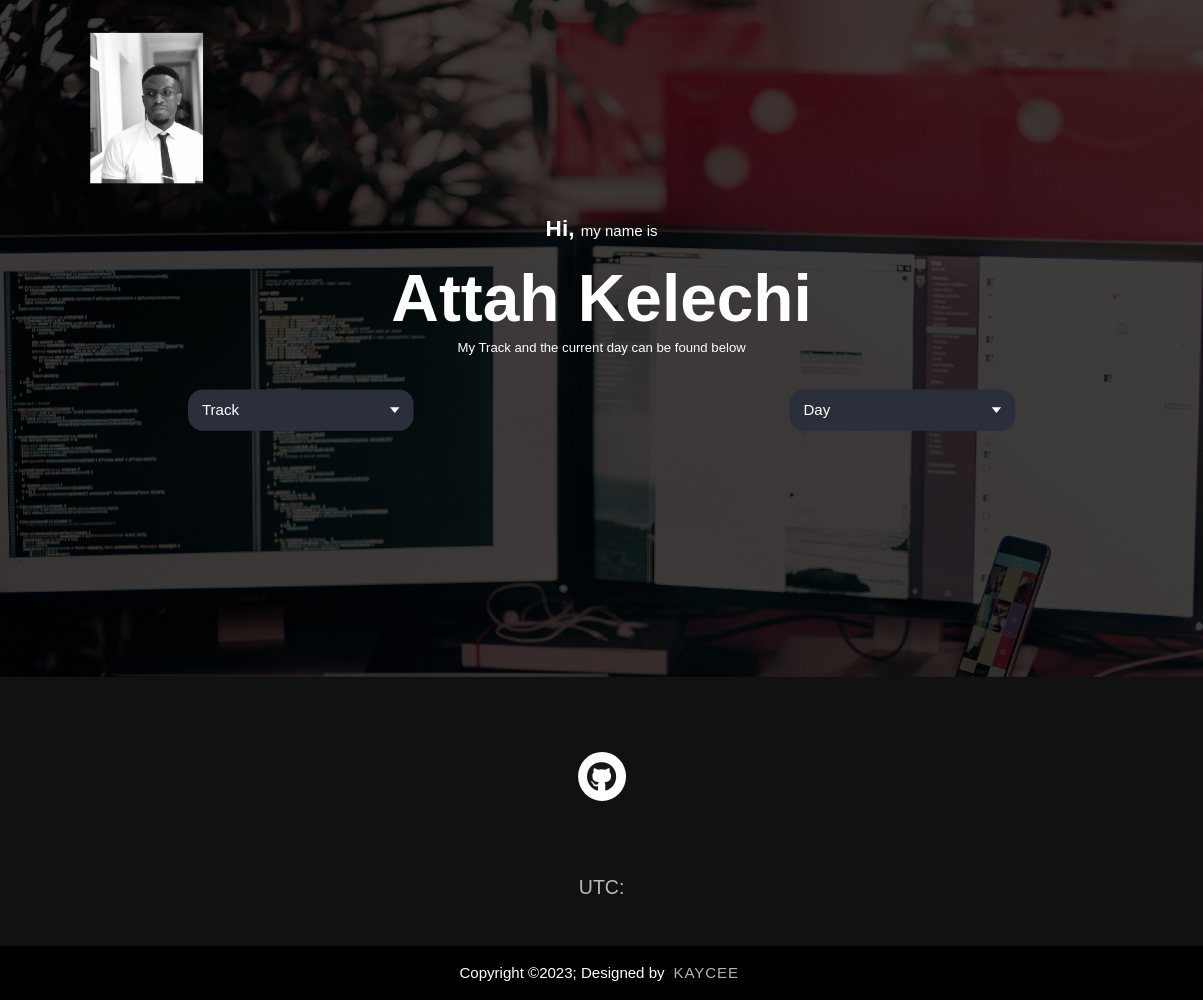
Repository: Kaycee-attah/HNG-Internship_2023
Page: index.html
The author's editor kept a copy of each file at every save. The page is drawn from the files as they stood at one save, then again after the next save.
The browser window is 1280 px wide. The pictures show the whole page, at 94% of full size.

Above is the page before, as saved 2023-09-07 12:05:28.

### index.html
<!DOCTYPE html>
<html lang="en">
<head>
    <meta charset="UTF-8">
    <meta name="viewport" content="width=device-width, initial-scale=1.0">
    <title>How to make a website - Easy tutorial</title>
    <link rel="stylesheet" href="style.css">
    <link rel="stylesheet" href="https://cdnjs.cloudflare.com/ajax/libs/font-awesome/6.4.2/css/all.min.css" integrity="sha512-z3gLpd7yknf1YoNbCzqRKc4qyor8gaKU1qmn+CShxbuBusANI9QpRohGBreCFkKxLhei6S9CQXFEbbKuqLg0DA==" crossorigin="anonymous" referrerpolicy="no-referrer" />
</head>
<body>
    <div class="banner">
        <div class="navbar">
            <img class="logo" src="slack_DP.JPG" alt="Kaycee" data-testid="slackDisplayImage">
            <!-- <ul>
                <li><a href="#">Home</a></li>
                <li><a href="#">Bedroom</a></li>
                <li><a href="#">Dining</a></li>
                <li><a href="#">Kitchen</a></li>
                <li><a href="#">Backyard</a></li>
            </ul> -->
        </div>
    </div>
    <div class="content">
        <h2>Hi, <span class="text"> my name is</span></h2>
        <h1 data-testid="slackUserName">Attah Kelechi</h1>
        <span class="text-sm">My Track and the current day can be found below</span>

        <div class="track_info">
            <div class="dropdown">
                <div class="select">
                    <span class="selected">Track</span>
                    <div class="caret"></div>
                </div>
                <ul class="menu">
                    <li data-testid="myTrack">Frontend </li>

                </ul>

                <!-- <button type="button"><span class="btn"></span> MORE</button>
                <button type="button"><span class="btn"></span>SUBSCRIBE</button> -->
            </div>
            <div class="dropdown">
                <div class="select">
                    <span class="selected">Day</span>
                    <div class="caret"></div>
                </div>
                <ul class="menu">
                    <li data-testid="currentDayOfTheWeek">Framer </li>

                </ul>

                <!-- <button type="button"><span class="btn"></span> MORE</button>
                <button type="button"><span class="btn"></span>SUBSCRIBE</button> -->
            </div>
        </div>


    </div>
    <footer>
        <div class="footer_Container">
            <div class="social-icon">
                <a href=""><i class="fa-brands fa-github"></i></a>
            </div>

        </div>
        <div class="footer_Info">
            <ul>
                <li data-testid="currentUTCTime">UTC: </li>

            </ul>
        </div>
        <div class="footer_Bottom">
            <p>Copyright &copy;2023; Designed by <span class="designer">Kaycee</span></p>
        </div>
    </footer>

    <script src="script.js"></script>
</body>

</html>

### style.css
*{
    margin: 0;
    padding: 0;
    font-family: sans-serif;

}
body{
    background-image: linear-gradient(rgba(0,0,0,0.75), rgba(0,0,0,0.75)), url(IMG_6759.JPG);
    background-size: cover;
    background-position: center;
}

.banner{
    width: 100%;
    height: 100vh;


}
.navbar{
    width: 85%;
    margin: auto;
    padding: 35px 0;
    display: flex;
    align-items: center;
    justify-content: space-between;
}
.logo{
    width: 120px;
    cursor: pointer;
}
.navbar ul li{
    list-style: none;
    display: inline-block;
    margin: 0 20px;
    position: relative;
}
.navbar ul li a{
    text-decoration: none;
    color: #fff;
    text-transform: uppercase;
}
.navbar ul li::after{
    content: "";
    height: 3px;
    width: 0;
    background: #009688;
    position: absolute;
    left: 0;
    bottom: -10px;
    transition: 0.5s;
}
.navbar ul li:hover::after{
    width: 100%;
}
.content{
    width: 100%;
    position: absolute;
    top: 50%;
    transform: translateY(-50%);
    text-align: center;
    color: #fff;
}
.content h1{
    font-size: 70px;
    margin-top: 20px;
}
.content p{
    margin: 20px auto;
    font-weight: 100;
    line-height: 25px;
}
.text{
    margin: 0;
    font-weight: 20;
    font-size: medium;
    line-height: 5px;
}
.text-sm{
    margin: 35px auto;
    font-weight: 10;
    font-size: 14px;
    line-height: 25px;
}
.track_info {
    display: flex;
    justify-content: space-around;
    align-items: center;
}
.dropdown{
    min-width: 15em;
    position: relative;
    margin: 2em;
    /* display: flex;
    justify-content: space-between;
    align-items: center; */

}
.dropdown *{
    box-sizing: border-box;
}

.select{
    background: #2a2f3b;
    color: #fff;
    display: flex;
    justify-content: space-between;
    align-items: center;
    border: 2px #2a2f3b solid;
    border-radius: 1em;
    cursor: pointer;
    transition: background 0.3s;
    padding: 0.7em 0.8em;
}
.select-clicked{
    border: 2px #26489a solid;
    box-shadow: 0 0 0.8em #26489a;
    display: flex;
    justify-content: space-between;


}

.select:hover{
    background: #323741;
}

.caret{
    width: 0;
    height: 0;
    border-left: 5px solid transparent;
    border-right: 5px solid transparent;
    border-top: 6px solid #fff;
    transition: 0.3s;
}

.caret-rotate{
    transform: rotateX(180deg);

}

.selected-rotate{
    transform: rotateX(180deg);

}

.menu{
    list-style: none;
    padding: 0.2em 0.5em;
    background: #323741;
    border: 1px #363a43 solid;
    box-shadow: 0 0.5em 1em rgba(0, 0, 0, 0.2);
    border-radius: 0.5em;
    color: #9fa5b5;
    position: absolute;
    width: 100%;
    top: 4em;
    min-height: auto;
    left: 50%;
    transform: translateX(-50%);
    opacity: 0;
    display: none;
    transition: 0.2s;
    z-index: 1;
}

.menu li{
    padding: 0.7em 0.5em;
    margin: 0.3em 0;
    border-radius: 0.5em;
}

.menu li:hover{
    background: #2a2d35;
}

.menu-open{
    display: block;
    opacity: 1;
}


button{
    width: 200px;
    padding: 15px 0;
    text-align: center;
    margin: 20px 10px;
    border-radius: 25px;
    font-weight: bold;
    border: 2px solid #009688;
    background: transparent;
    color: #fff;
    cursor: pointer;
    position: relative;
    overflow: hidden;
}
.btn{
    background: #009688;
    height: 100%;
    width: 0;
    border-radius: 25px;
    position: absolute;
    left: 0;
    bottom: 0;
    z-index: -1;
    transition: 0.5s;
}
button:hover span{
    width: 100%;
}
footer{
    background-color: #111;
    width: 100%;
}
.footer_Container{
    /* width: 100%; */
    padding: 70px 30px 20px;
}
.social-icon{
    display: flex;
    justify-content: center;
}
.social-icon a{
    text-decoration: none;
    padding: 10px;
    background-color: white;
    margin: 10px;
    border-radius: 50%;
}
.social-icon a i{
    font-size: 2em;
    color: black;
    opacity: 0.9;
}


.social-icon a:hover{
    background-color: #111;
    transition: 0.5s;
}
.social-icon a:hover i{
    background-color: white;
    transition: 0.5s;
}
.footer_Info{
    margin: 30px 0;
}
.footer_Info ul{
    display: flex;
    justify-content: space-around;
}
.footer_Info ul li{
    color: white;
    margin: 20px;
    text-decoration: none;
    list-style: none;
    font-size: 1.3em;
    opacity: 0.7;
    transition: 0.5s;
}

.footer_Bottom {
    background-color: #000;
    padding: 20px;
    text-align: center;
}
.footer_Bottom p{
    color: white;

}
.designer{
    opacity: 0.7;
    text-transform: uppercase;
    letter-spacing: 1px;
    font-weight: 400;
    margin: 0px 5px;
    /* position: fixed; */
}

@media (max-width: 700px){
    .footer_Info ul{
        flex-direction: column;
    }
    .footer_Info ul li{
        width: 100%;
        text-align: center;
        margin: 10px 0;
    }
}

### script.js
const now = new Date();
const day = now.getDay();
const hours = now.getHours();
const minutes = now.getMinutes();
const UTCtimeStamp = now.getTime();
const GMTdate_and_time = now.toUTCString();
const daysOfWeek = [
    "Sunday",
    "Monday",
    "Tuesday",
    "Wednesday",
    "Thursday",
    "Friday",
    "Saturday"
]
const today = daysOfWeek[day];
const UTC = now.getUTCMilliseconds();
console.log("Current day of the week:", today)
console.log("UTC:", UTC)

console.log("UTCtimeStamp:", UTCtimeStamp)
console.log("GMTdate_and_time:", GMTdate_and_time)

const dropdowns = document.querySelectorAll('.dropdown');

dropdowns.forEach(dropdown => {
    const select = dropdown.querySelector('.select');
    const caret = dropdown.querySelector('.caret');
    const menu = dropdown.querySelector('.menu');
    const options = dropdown.querySelector('.menu li');
    const selected = dropdown.querySelector('.selected');


    select.addEventListener('click', () => {
        select.classList.toggle('select-clicked');
        select.classList.toggle('caret-rotate');
        selected.classList.toggle('selected-rotate');
        menu.classList.toggle('menu-open');
    })

    // options.forEach(option => {
    //     option.addEventListener('click', () => {
    //         // select.classList.toggle('select-clicked');
    //         select.classList.remove('select-clicked')
    //         caret.classList.remove('caret-rotate');
    //         menu.classList.remove('menu-open');


    //     })
    // })
})

After the next save:
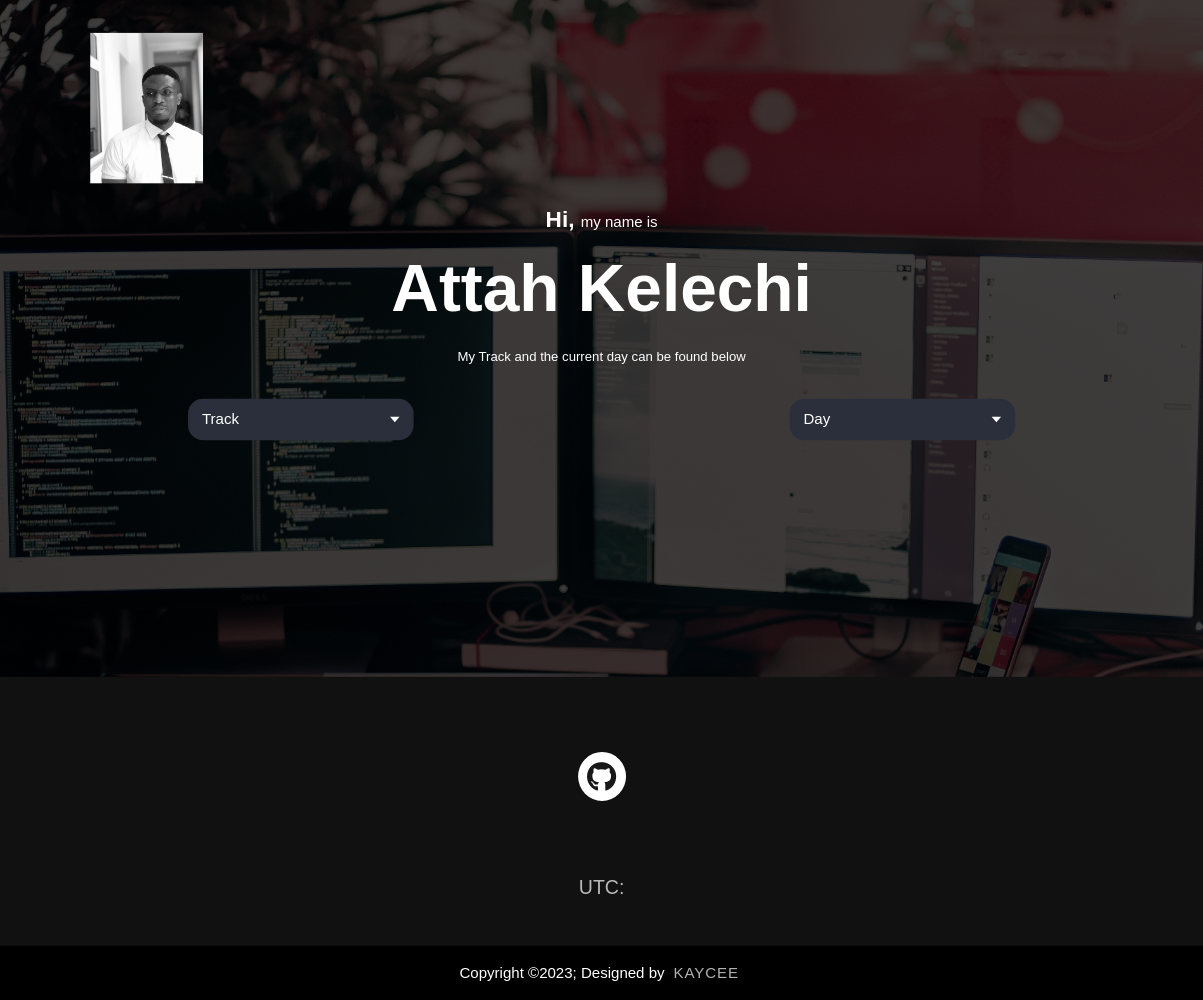
Saved 64 s later.
--- a/style.css
+++ b/style.css
@@ -62,7 +62,7 @@ body{
 }
 .content h1{
     font-size: 70px;
-    margin-top: 20px;
+    margin: 20px;
 }
 .content p{
     margin: 20px auto;
